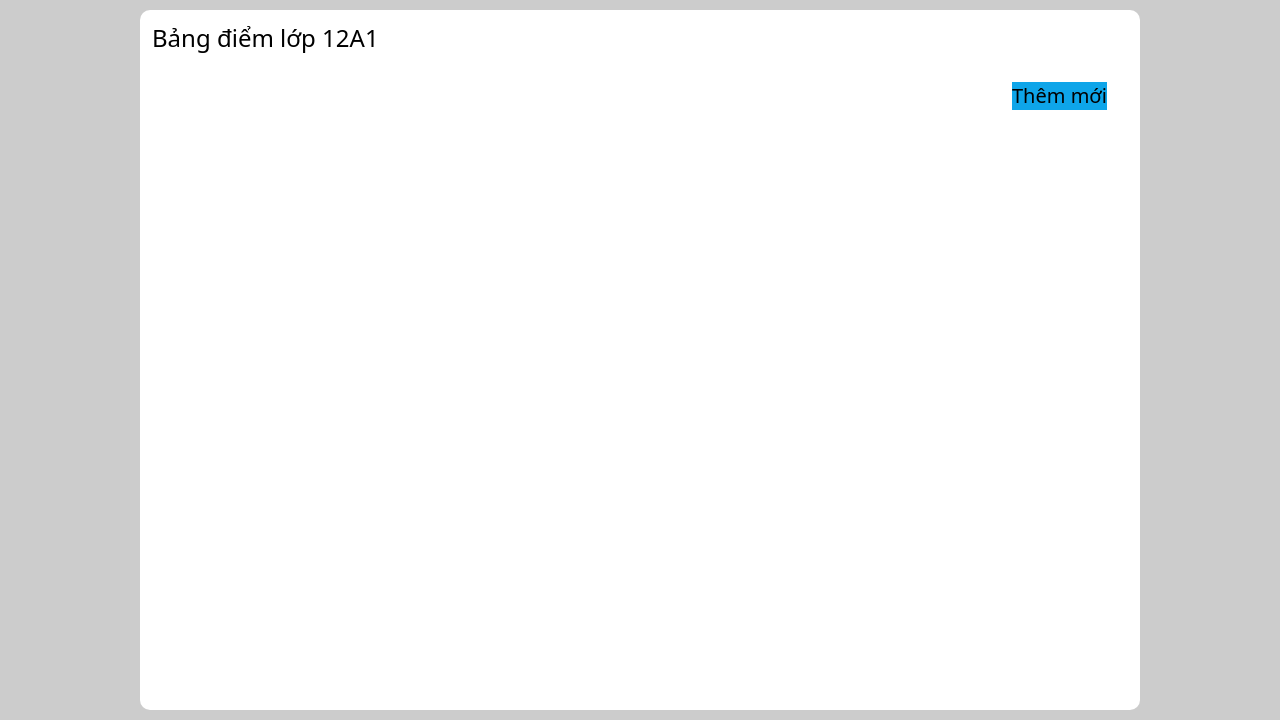
Repository: doducthuan/ReactJS-Movie
Page: /
An editor plug-in stored every save of this project. The page is shown before and after the next save, followed by the edit.
The browser window is 1280 px wide. The pictures show the whole page.
The project was rebuilt for these pictures with package versions that can differ from the ones it lists, and the page was loaded fresh each time. Also part of the build but not shown: src/App.css.

Above is the page before, as saved 2024-01-13 05:52:11.

### public/index.html
<!DOCTYPE html>
<html lang="en">
  <head>
    <meta charset="utf-8" />
    <link rel="icon" href="%PUBLIC_URL%/avatar_rmbg.png" />
    <meta name="viewport" content="width=device-width, initial-scale=1" />
    <meta name="theme-color" content="#000000" />
    <meta
      name="description"
      content="Web site created using create-react-app"
    />
    <link rel="apple-touch-icon" href="%PUBLIC_URL%/logo192.png" />
    <!--
      manifest.json provides metadata used when your web app is installed on a
      user's mobile device or desktop. See https://developers.google.com/web/fundamentals/web-app-manifest/
    -->
    <link rel="manifest" href="%PUBLIC_URL%/manifest.json" />
    <!--
      Notice the use of %PUBLIC_URL% in the tags above.
      It will be replaced with the URL of the `public` folder during the build.
      Only files inside the `public` folder can be referenced from the HTML.

      Unlike "/favicon.ico" or "favicon.ico", "%PUBLIC_URL%/favicon.ico" will
      work correctly both with client-side routing and a non-root public URL.
      Learn how to configure a non-root public URL by running `npm run build`.
    -->
    <title>Mèo Hen</title>
  </head>
  <body>
    <noscript>You need to enable JavaScript to run this app.</noscript>
    <div id="root"></div>
    <!--
      This HTML file is a template.
      If you open it directly in the browser, you will see an empty page.

      You can add webfonts, meta tags, or analytics to this file.
      The build step will place the bundled scripts into the <body> tag.

      To begin the development, run `npm start` or `yarn start`.
      To create a production bundle, use `npm run build` or `yarn build`.
    -->
  </body>
</html>

### src/App.js
//import SignIn from './components/account/SignIn';
import './App.css';
import Students from './components/students/Students';
//import AdminLayout from './components/shared/AdminLayout';

function App() {
  return (
    <div className="App">
      <Students></Students>
    </div>
  );
}

export default App;

### src/components/students/Students.js
import React from 'react';
import './styles.css';
const Students = () => {
    return (
        <div className="full-view">
            <div className="border-data">
                <p className="font-sans text-2xl ml-3 mt-3">Bảng điểm lớp 12A1</p>
                <div className="search-add mt-7 ml-6 flex">
                    <input className="search-all"/>
                    <button className="font-sans text-xl bg-sky-500">Thêm mới</button>
                </div>
            </div>
        </div>
    );
};

export default Students;

### src/components/students/styles.css
.full-view{
    display: flex;
    justify-content: center;
    align-items: center;
    height: 100vh;
    background-color: #ccc;
}
.border-data{
    width: 1000px;
    height: 700px;
    background-color: #fff;
    border-radius: 10px;
}
.search-add{
    gap: 600px;
}

Loaded but not shown: src/index.js (common file); src/index.css (common file); src/reportWebVitals.js (common file); tailwind.config.js (common file)

After the next save:
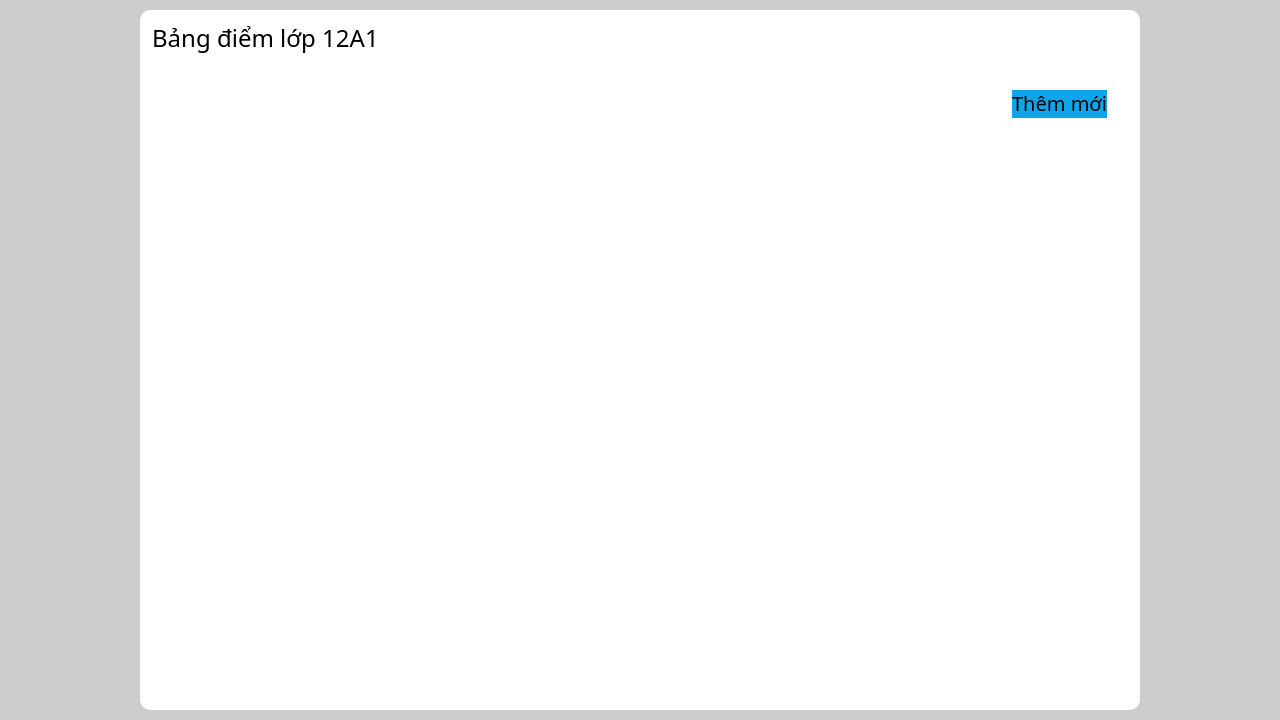
Saved 11 s later.
--- a/src/components/students/Students.js
+++ b/src/components/students/Students.js
@@ -5,7 +5,7 @@ const Students = () => {
         <div className="full-view">
             <div className="border-data">
                 <p className="font-sans text-2xl ml-3 mt-3">Bảng điểm lớp 12A1</p>
-                <div className="search-add mt-7 ml-6 flex">
+                <div className="search-add mt-9 ml-6 flex">
                     <input className="search-all"/>
                     <button className="font-sans text-xl bg-sky-500">Thêm mới</button>
                 </div>
